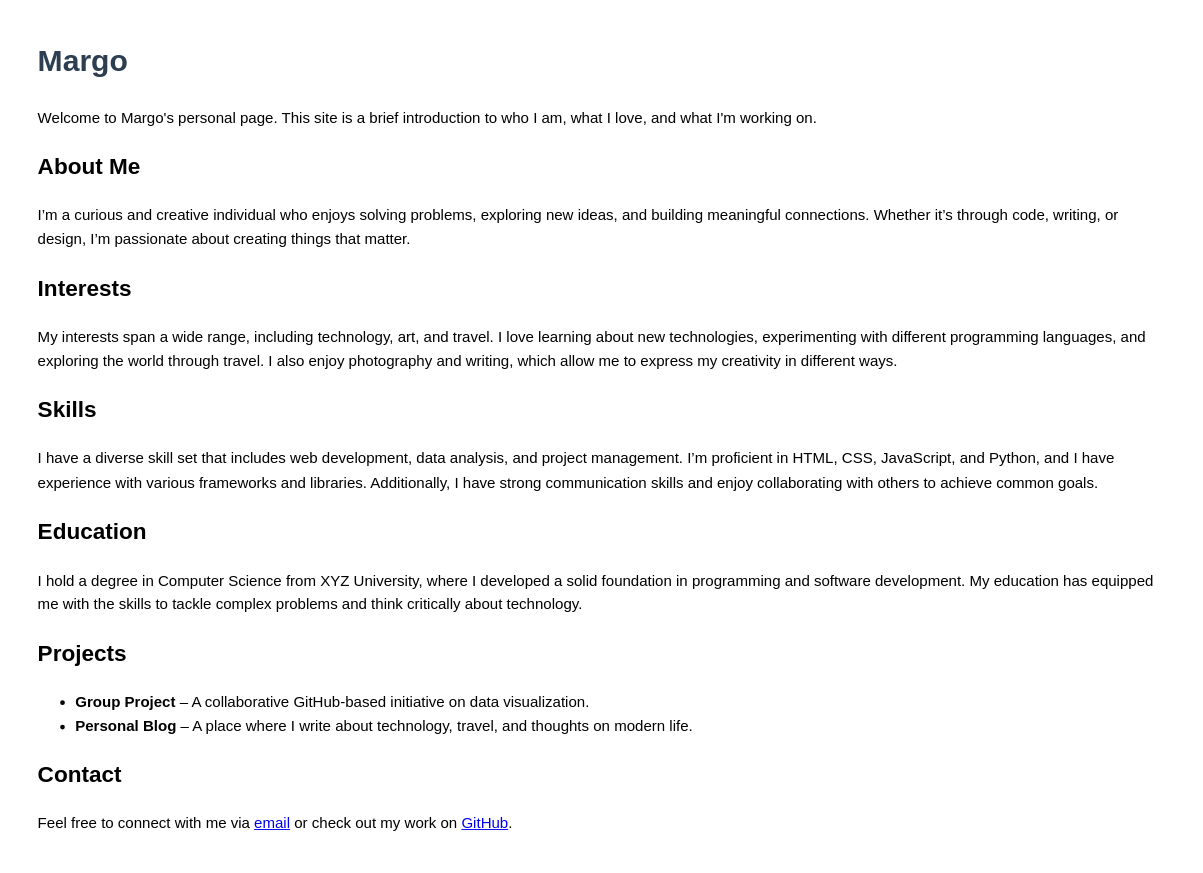
Repository: margo-m-chen/group_project
Page: my_file.html
An editor plug-in stored every save of this project. The page is shown before and after the next save, followed by the edit.
The browser window is 1280 px wide. The pictures show the whole page, at 94% of full size.

Above is the page before, as saved 2025-07-18 13:47:54.

After the next save:
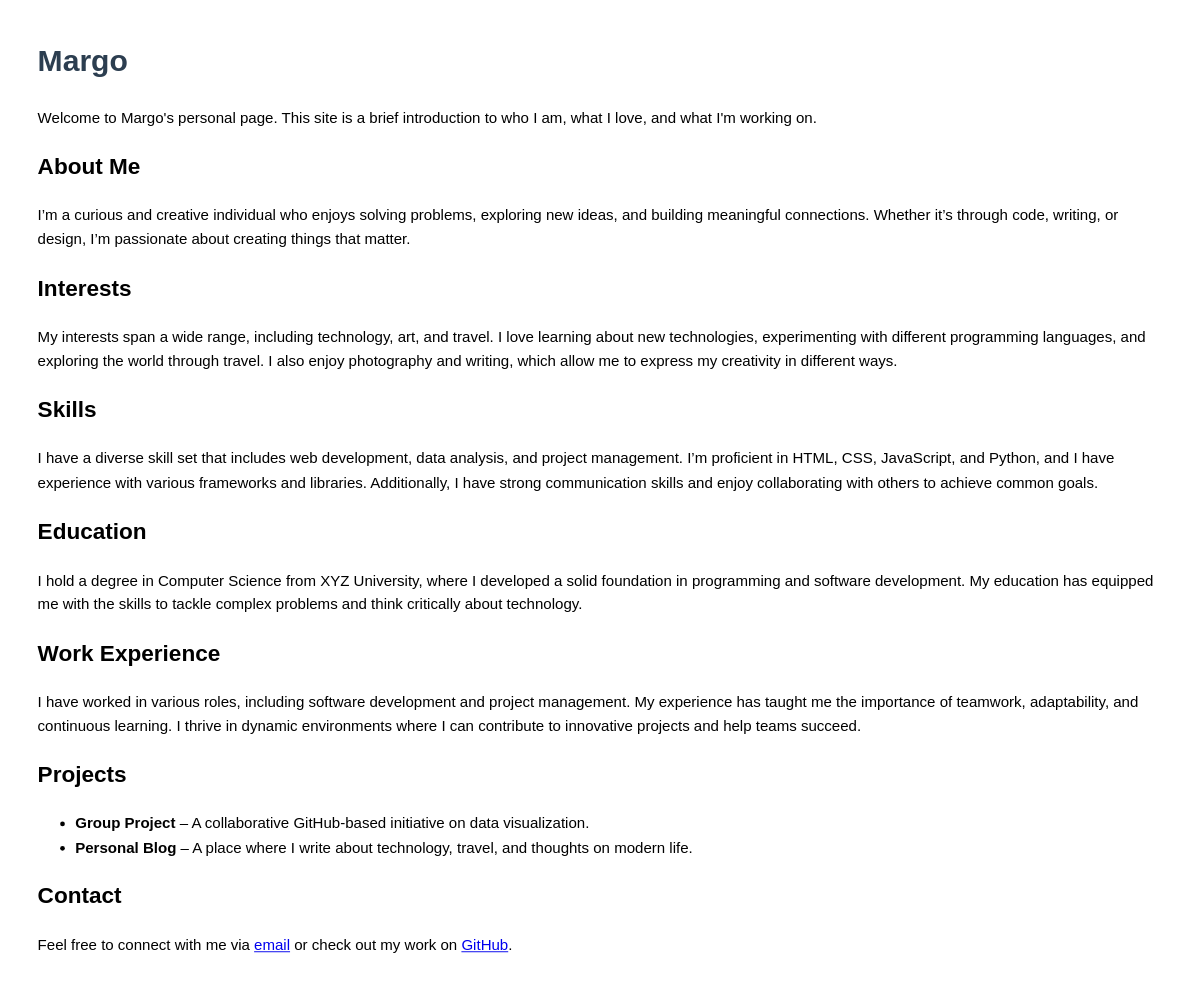
Saved 59 s later.
--- a/my_file.html
+++ b/my_file.html
@@ -53,6 +53,11 @@
     </p>
 
 
+    <h2>Work Experience</h2>
+    <p>
+        I have worked in various roles, including software development and project management. My experience has taught
+        me the importance of teamwork, adaptability, and continuous learning.
+        I thrive in dynamic environments where I can contribute to innovative projects and help teams succeed.
 
 
     <h2>Projects</h2>
